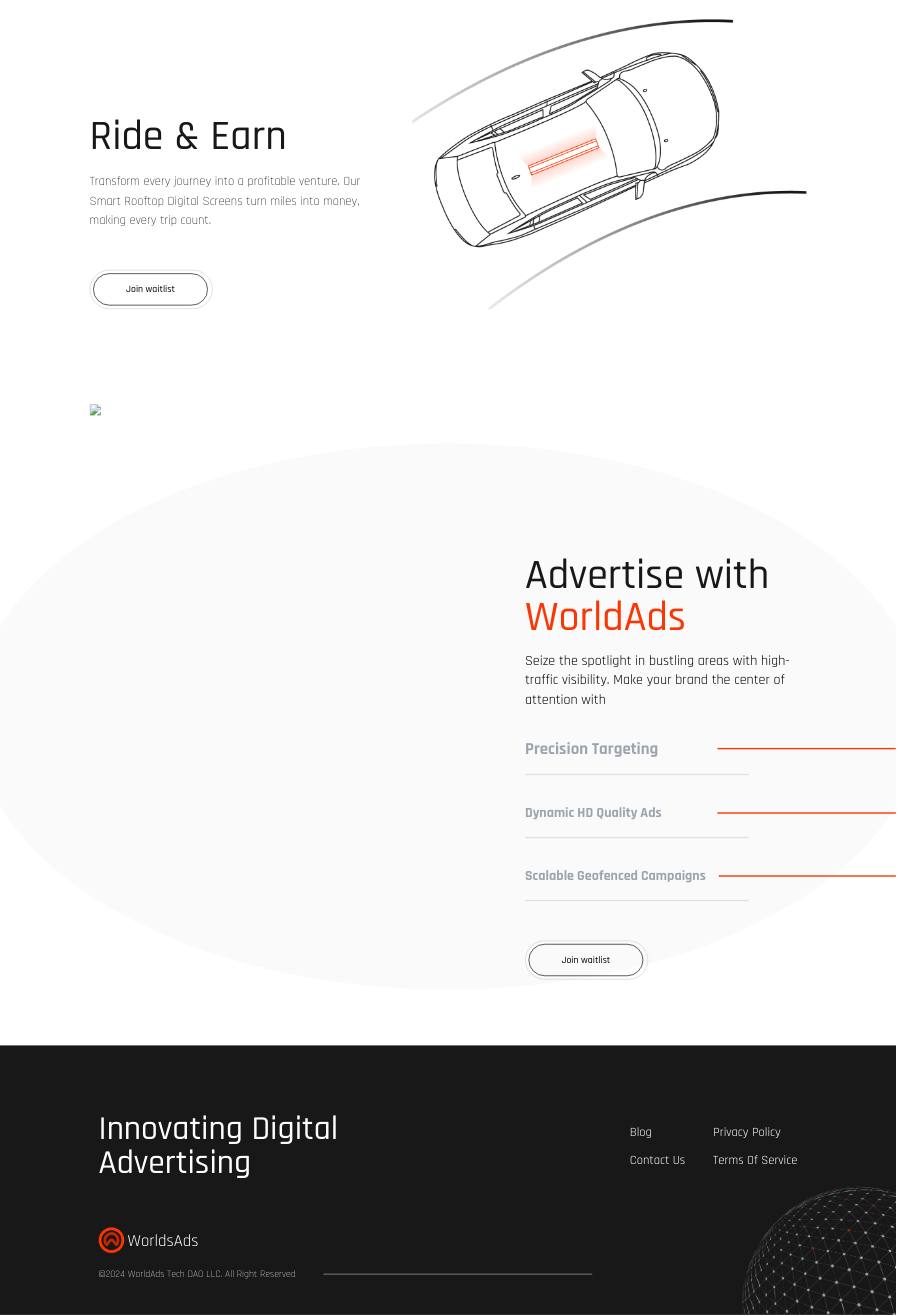
Repository: Abdul-Hannan232/worldAds
Page: /
These files come from the project's save history. The page is drawn as it stood at one moment and after a run of saves; the edit follows.
The browser window is 1280 px wide. The page is 1283 px wide, so the pictures cover 1283 px, including what lies to the right of the window. The pictures show the part of the page from y = 2099 to 3979 px (the page is 3979 px tall), at 70% of full size.
An inner scrolling area shows only its first screen. The project was rebuilt for these pictures with package versions that can differ from the ones it lists, and the page was loaded fresh each time. The framework's server and built-in components were replaced by stand-ins that run in the browser. Also part of the build but not shown: next.config.mjs, app/component/NavContent.jsx.

Above is the page before, as saved 2024-05-10 10:19:27.

### app/page.tsx
import Image from "next/image";
import Header from "./component/Header"
import Main from "./component/Main";
import NavContent from "./component/NavContent";
import Advertise from "./component/advertise"
import Footer from "./component/footer"
import NodeOperator  from "./component/nodeOperator"
import RideEarn from "./component/rideEarn"
export default function Home() {
  return (
    <>
      <div>
        <Header />
        <Main />

        <NodeOperator/>
     <RideEarn/>
      <Advertise/>
      <Footer/>
      </div>
    </>
  );
}

### app/globals.css
@import url('https://fonts.googleapis.com/css2?family=Exo+2:ital,wght@0,100..900;1,100..900&family=Rajdhani:wght@300;400;500;600;700&display=swap');

@tailwind base;
@tailwind components;
@tailwind utilities;
html{
  scroll-behavior: smooth;
}
.dropdown-content {
  max-height: 0;
  overflow: hidden;
  transition: max-height 0.3s ease-in-out;
}

.dropdown-content.show {
  max-height: 100px; /* Set the max-height to whatever you prefer */
}

*{
  font-family: "Rajdhani", sans-serif;
  font-weight: 400;
  font-style: normal;
}
.background{
  background-image: url("/background.png");
  background-position: center;
  background-repeat: no-repeat;
  background-size: cover;

}
:root {
  --foreground-rgb: 0, 0, 0;
  --background-start-rgb: 214, 219, 220;
  --background-end-rgb: 255, 255, 255;
}

@media (prefers-color-scheme: dark) {
  :root {
    --foreground-rgb: 255, 255, 255;
    --background-start-rgb: 0, 0, 0;
    --background-end-rgb: 0, 0, 0;
  }
}

/* body {
  color: rgb(var(--foreground-rgb));
  background: linear-gradient(
      to bottom,
      transparent,
      rgb(var(--background-end-rgb))
    )
    rgb(var(--background-start-rgb));
} */

@layer utilities {
  .text-balance {
    text-wrap: balance;
  }
}

@font-face {
  font-family: 'font1';
  src: url('/assets/fonts/conthrax-sb.otf');
}

.font1{
  font-family: "font1" !important;
}

*{
  box-sizing: border-box !important
}

.gradient-color{
  background: radial-gradient(50% 50% at 50% 50%, #FC3603 11%, #BF2506 100%) !important;

}

### app/component/Main.jsx
import React from 'react'

const Main = () => {
    return (
        <>
            <div className='gradient-color h-[700px] w-full rounded-b-[60px] lg:pt-40 pt-24 px-5  sm:px-16 pb-14 relative  '>
                <div className="lg:w-[90%] w-[95%] mx-auto">


                    <div className="lg:flex lg:items-center justify-between ">

                        <div className="my-4">
                            <h1 className="lg:text-5xl text-2xl  lg:w-[650px] lg:text-start text-center text-white font1 ">Empowering Connections Through Digital Out-of-Home Advertising</h1>



                        </div>

                        <div className='my-4'>

                            <p className='text-white text-left font-light lg:text-sm text-xs lg:text-start text-center lg:w-[300px]'>At Worldads, weare revolutionizing location-based advertising by harnessing the power of smart rooftop digital screens. Our innovative platform delivers programmatic advertisements that are not only precise but also captivating, tailored to the vehicles exact location and time.</p>
                        </div>
                    </div>

                    <div class="relative lg:w-[550px]  rounded-[100px] mt-10">

                        <input type="text" id="default-search" className="block w-full lg:p-5 p-3  -10 lg:text-sm text-xs text-gray-900 bg-[#FFFFFF1A] border border-white focus:ring-white focus:border-white rounded-[100px] placeholder:text-[#FFFFFF80] " placeholder="Enter your email address" required />
                        <button type="submit" className=" absolute end-1 top-1 font-bold bg-white hover:bg-white-800 focus:ring-4 font-bold focus:outline-none focus:ring-none font-medium rounded-[100px] lg:text-sm text-xs lg:px-8 px-5 lg:py-4 py-2">Join waitlist</button>
                    </div>

                 <div className='relative'>

                    <div className="flex items-center gap-3 lg:mt-40 mt-5 lg:justify-start justify-center ">
                            <img src="./assets/images/discord.png" />
                            <div>
                                <p className="text-white text-sm">Stay updated.</p>
                                <p className="text-white font-bold text-sm">Join our discord community</p>
                            </div>
                        </div>
                        <img src="./assets/images/Vector(Black).png" className="text-white absolute  lg:-top-52 right-0 top-14" />

                    </div>
                </div>
            </div>
        </>
    )
}

export default Main

### app/component/advertise.jsx
"use client"
import Image from "next/image";
import { useState } from "react";
export default function Advertise() {
  const [precision, setPrecision] = useState(false)
  const precisionOpen = () => {
    setPrecision(!precision)
    setDynamic(false)
    setScalable(false)
  }
  const [dynamic, setDynamic] = useState(false)
  const dynamicDrop = () => {
    setDynamic(!dynamic)
    setScalable(false)
    setPrecision(false)
  }
  const [scalable ,setScalable] = useState(false)
  const ScalableDrop=()=>{
    setScalable(!scalable)
    setDynamic(false)
    setPrecision(false)
  }
  return (
    <div className="">
      <div id="advertise" className="xl:pl-32 2xl:pl-40   lg:flex lg:mt-48 mt-32 w-full background gap-24">
        <div className="-mt-14">
          <Image src="" alt="image" width={226} height={426} className="lg:w-[526px] lg:h-[726px] 2xl:w-[650px] 2xl:h-[926px]  lg:mx-0 mx-auto" />
        </div>
        <div className="lg:w-[60%] w-[90%]  lg:mx-0 mx-auto lg:mt-40 mt-10">
          <h1 className="xl:text-6xl text-5xl 2xl:text-8xl lg:text-start text-center font-medium text-[#181818]">Advertise with</h1>
          <h1 className="xl:text-6xl text-5xl 2xl:text-8xl lg:text-start text-center font-medium text-[#FC3603]">WorldAds</h1>
          <p className="xl:text-xl lg:text-lg text-sm 2xl:text-2xl lg:w-[400px] 2xl:w-[600px] mt-4 lg:text-start text-center text-[#030303]">Seize the spotlight in bustling areas with high-traffic visibility. Make your brand the center of attention with</p>
          <div className="h-[400px] overflow-scroll">
            <div className="flex items-center lg:justify-start justify-center w-full gap-5  mt-10">
              <h1 onClick={precisionOpen} className={`${precision ? "xl:text-3xl text-[#030303]" : "xl:text-2xl text-gray-400 "} cursor-pointer lg:text-2xl lg:text-start text-center  text-2xl 2xl:text-6xl xl:w-[80%] lg:w-[80%]  2xl:w-[90%] font-bold `}>Precision Targeting</h1>
              <hr className="border w-[80%] lg:block hidden  border-[#FC3603]" />
            </div>
            {precision && (
              <p
               className="lg:text-xl text-sm 2xl:text-2xl lg:w-80 lg:text-start w-40 lg:mx-0 mx-auto text-center mt-5"> Reach your ideal audience at the right time and place.</p>

            )}
            <hr className="border lg:border-[#7E7E7E33]  border-[#FC3603] lg:w-80 w-60 lg:mx-0 mx-auto my-5" />
            <div className="flex items-center lg:justify-start justify-center gap-5 w-full mt-10">
              <h1 onClick={dynamicDrop}  className={`${dynamic ? "xl:text-2xl text-[#030303]" : "xl:text-xl text-gray-400 "} lg:text-2xl cursor-pointer  text-2xl  2xl:text-6xl font-bold lg:text-start text-center  xl:w-[50%] lg:w-[45%] 2xl:w-[60%] `}>Dynamic HD Quality Ads</h1>
              <hr className="border   w-[50%] lg:block hidden 2xl:w-[400px] border-[#FC3603]" />
            </div>
          {dynamic && (
           <p className="lg:text-xl text-sm 2xl:text-2xl lg:w-80 w-52 lg:mx-0 mx-auto  lg:text-start text-center mt-5">Captivate viewers with stunning, crystal-clear advertisements.</p>

          )}
            <hr className="border lg:border-[#7E7E7E33]  border-[#FC3603] lg:w-80 w-60 lg:mx-0 mx-auto my-5" />
            <div className="flex items-center lg:justify-start justify-center w-full mt-10">
              <h1 onClick={ScalableDrop} className={`${scalable ? "xl:text-3xl text-[#030303]" : "xl:text-2xl text-gray-400 "} cursor-pointer  xl:text-xl lg:text-3xl  text-2xl  2xl:text-6xl font-bold lg:text-start text-center  xl:w-[80%] lg:w-[60%] 2xl:w-full text-[#030303]`}>Scalable Geofenced Campaigns</h1>
              <hr className="border   w-[73%] lg:block hidden border-[#FC3603]" />
            </div>
          {scalable && (
          <p className="lg:text-xl text-sm 2xl:text-2xl  lg:text-start text-center  w-40 lg:mx-0 mx-auto   lg:w-96 mt-5">  Customize and scale your campaigns with precision.</p>

          )}
            <hr className="border lg:border-[#7E7E7E33]  border-[#FC3603] lg:w-80 w-60 lg:mx-0 mx-auto my-5" />
            <div className="border border-gray-300 xl:mt-14 mt-10 rounded-full lg:mx-0 mx-auto  xl:w-44 w-36 ">
              <button className="text-center text-sm border xl:p-3 md:p-3 p-2 rounded-full  xl:w-[164px] w-[133px] font-medium m-1 border-[#181818]">Join waitlist</button>
            </div>
          </div>
        </div>

      </div>
    </div>
  )
}

### app/component/footer.jsx
import Image from "next/image"
export default function Footer() {
    return (
        <div className="bg-[#181818] ] w-full mt-20 lg:py-12 pt-12 lg:p-4">
            <div className="lg:w-[80%] w-[90%] lg:flex items-center justify-between mx-auto py-12" >
                <div>
                    <h1 className="lg:text-5xl text-3xl  lg:w-[500px] w-[250px] lg:mx-0 mx-auto font-medium lg:text-start text-center text-white">Innovating Digital Advertising</h1>
                </div>
                <div className="lg:flex text-white lg:mt-0 mt-10 items-center gap-10">
                    <div>
                        <ul className="text-lg lg:text-start text-center space-y-3">
                            <li>Blog</li>
                            <li>Contact Us</li>
                        </ul>
                    </div>
                    <div>
                        <ul className="text-lg lg:mt-0 mt-3 lg:text-start text-center space-y-3">
                            <li>Privacy Policy</li>
                            <li>Terms Of Service</li>
                        </ul>
                    </div>
                </div>
            </div>
            <div className="text-white relative mx-auto mt-5 lg:w-[80%]">
                <div className="flex items-center gap-1 w-40 lg:w-[80%] lg:mx-0 mx-auto">
                    <Image src="/Group.png" alt="logo" width={37.49} height={37.49}  className="lo "/>
                    <h1 className="text-2xl font-meidum">WorldsAds</h1>
                </div>
                <div className="flex items-center lg:justify-start w-[90%] lg:mx-0 mx-auto lg:w-[80%] justify-center mt-5 gap-10">
                    <p className="lg:text-sm text-[12px] lg:text-start text-center  font-light ">©2024 WorldAds Tech DAO LLC. All Right Reserved </p>
                    <hr className="border lg:block hidden border-[#707070] w-96" />
                </div>
                <Image src="/FooterImage.png" alt="vector" width={231.11} height={231.11} className="absolute lg:-top-16 lg:block hidden z-20 lg:-right-36 "/>
                <Image src="/FooterImage (1).png" alt="vector" width={551.11} height={451.11} className=" lg:hidden block mt-10 "/>

            </div>
        </div>
    )
}

### app/component/nodeOperator.jsx
import React from 'react'
import Image from 'next/image'
const nodeOperator = () => {
    return (
        <>
            <div id="nodeOperator" className="lg:flex w-[80%] mt-80 h-screen mx-auto items-end justify-between">
                <div >
                    <Image src="/Group 1.png" alt="Image" width={203} height={207} className="lg:w-[493px] lg:h-[497px] lg:mx-0 mx-auto " />
                </div>
                <div  className="xl:w-[500px]  md:w-[400px] lg:mt-0 mt-10 lg:mx-0 mx-auto">
                    <h1 className="xl:text-6xl md:text-5xl text-3xl font-medium lg:text-start text-center text-[#181818]">Node operators</h1>
                    <p className="xl:text-xl lg:text-sm text-md font-light lg:w-auto md:w-80  lg:text-sm md:text-md text-xs  lg:mx-0 mx-auto text-[#030303] lg:text-start text-center mt-5">Become a cornerstone of digital advertising. Own a smart digital screen and start earning as advertisers choose your prime ad slots.</p>
                    <div className="border border-gray-300 xl:mt-14 mt-10 rounded-full lg:mx-0 mx-auto  xl:w-44 w-36 ">
                        <button className="text-center text-sm border xl:p-3 md:p-3 p-2 rounded-full  xl:w-[164px] w-[133px] font-medium m-1 border-[#181818]">Join waitlist</button>
                    </div>
                </div>
            </div>


            </>
  )
}

export default nodeOperator

### app/component/rideEarn.jsx
import React from 'react'
import Image from "next/image";

const rideEarn = () => {
  return (
    <div>
         <div id="ride"className="flex lg:flex-row flex-col-reverse h-screen w-[80%] mt-20 mx-auto items-end justify-between">
          <div className="xl:w-[410px] md:w-[400px] lg:mt-0 mt-10 lg:mx-0 mx-auto">
            <h1 className="xl:text-6xl md:text-5xl text-3xl font-medium lg:text-start text-center text-[#181818]">Ride & Earn</h1>
            <p className="xl:text-lg lg:w-auto md:w-80  lg:text-sm md:text-md text-xs font-light lg:w-auto  lg:mx-0 mx-auto text-[#030303] lg:text-start text-center mt-5">Transform every journey into a profitable venture. Our Smart Rooftop Digital Screens turn miles into money, making every trip count.</p>
            <div className="border border-gray-300 xl:mt-14 mt-10 rounded-full lg:mx-0 mx-auto  xl:w-44 w-36 ">
              <button className="text-center text-sm border xl:p-3 md:p-3 p-2 rounded-full  xl:w-[164px] w-[133px] font-medium m-1 border-[#181818]">Join waitlist</button>
            </div>
          </div>
          <div >
            <Image src="/GroupCroped.png" alt="Image" width={453} height={357} className="lg:w-[563.48px] lg:h-[450.27px] lg:mx-0 mx-auto " />
          </div>
        </div>
    </div>
  )
}

export default rideEarn

Loaded but not shown: app/layout.tsx (common file); tailwind.config.ts (common file); app/component/Header.jsx (77 lines, source omitted)

After the next 2 saves:
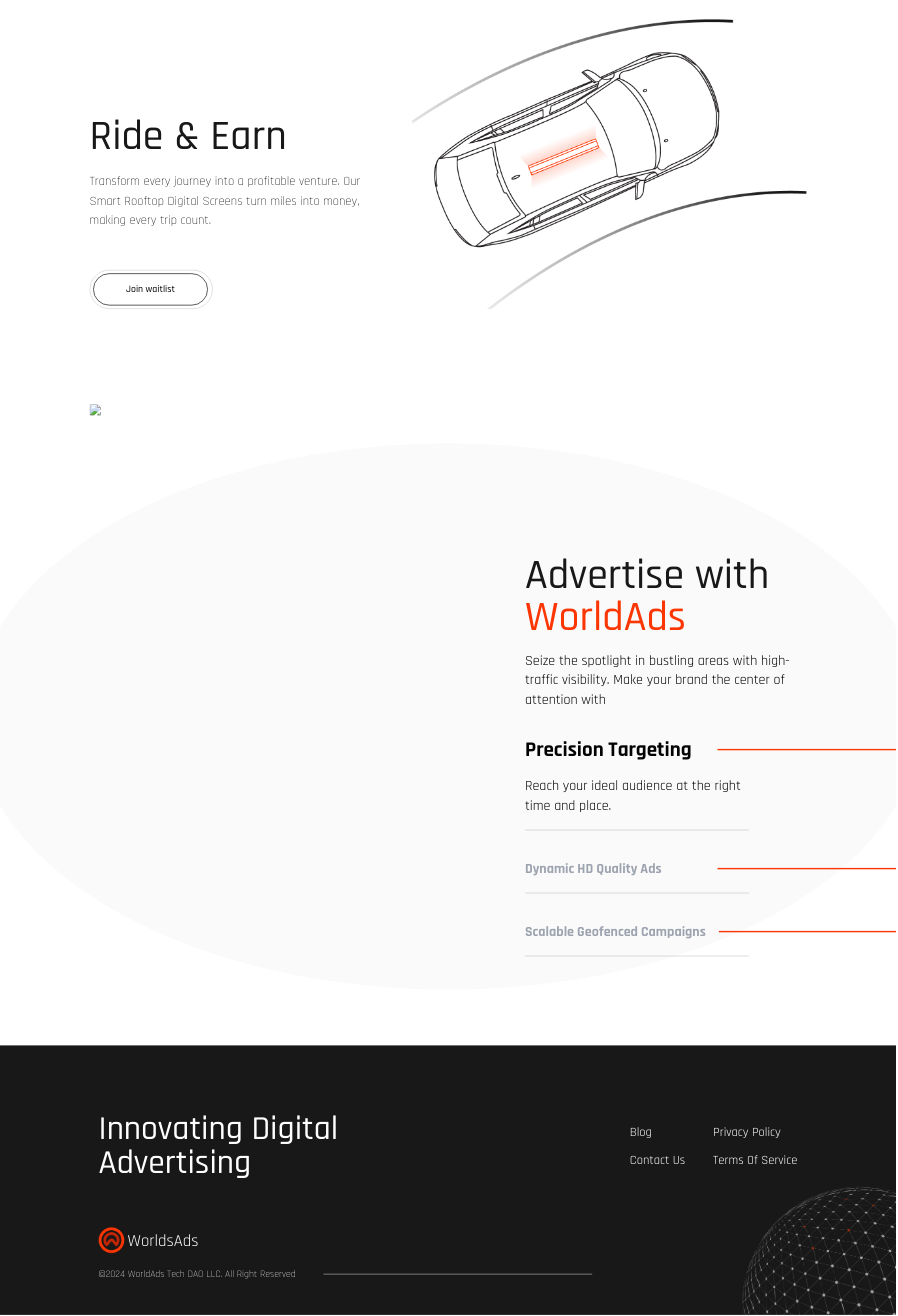
The 2 saves are shown as one change because 1 did not build or start.
The last was saved 58 s later.
--- a/app/component/advertise.jsx
+++ b/app/component/advertise.jsx
@@ -31,15 +31,26 @@
           <h1 className="xl:text-6xl text-5xl 2xl:text-8xl lg:text-start text-center font-medium text-[#FC3603]">WorldAds</h1>
           <p className="xl:text-xl lg:text-lg text-sm 2xl:text-2xl lg:w-[400px] 2xl:w-[600px] mt-4 lg:text-start text-center text-[#030303]">Seize the spotlight in bustling areas with high-traffic visibility. Make your brand the center of attention with</p>
           <div className="h-[400px] overflow-scroll">
-            <div className="flex items-center lg:justify-start justify-center w-full gap-5  mt-10">
-              <h1 onClick={precisionOpen} className={`${precision ? "xl:text-3xl text-[#030303]" : "xl:text-2xl text-gray-400 "} cursor-pointer lg:text-2xl lg:text-start text-center  text-2xl 2xl:text-6xl xl:w-[80%] lg:w-[80%]  2xl:w-[90%] font-bold `}>Precision Targeting</h1>
-              <hr className="border w-[80%] lg:block hidden  border-[#FC3603]" />
-            </div>
-            {precision && (
-              <p
-               className="lg:text-xl text-sm 2xl:text-2xl lg:w-80 lg:text-start w-40 lg:mx-0 mx-auto text-center mt-5"> Reach your ideal audience at the right time and place.</p>
-
-            )}
+          <div className="flex items-center lg:justify-start justify-center w-full gap-5 mt-10">
+      <h1
+        onClick={precisionOpen}
+        className={`${
+          precisionOpen ? "xl:text-3xl text-[#030303]" : "xl:text-2xl text-gray-400"
+        } cursor-pointer lg:text-2xl lg:text-start text-center text-2xl 2xl:text-6xl xl:w-[80%] lg:w-[80%] 2xl:w-[90%] font-bold`}
+      >
+        Precision Targeting
+      </h1>
+      <hr className="border w-[80%] lg:block hidden  border-[#FC3603]" />
+    </div>
+    <div className={`transition-all duration-500 ${precisionOpen ? 'max-h-96' : 'max-h-0 overflow-hidden'}`}>
+      {precisionOpen && (
+        <p
+          className="lg:text-xl text-sm 2xl:text-2xl lg:w-80 lg:text-start w-40 lg:mx-0 mx-auto text-center mt-5"
+        >
+          Reach your ideal audience at the right time and place.
+        </p>
+      )}
+    </div>
             <hr className="border lg:border-[#7E7E7E33]  border-[#FC3603] lg:w-80 w-60 lg:mx-0 mx-auto my-5" />
             <div className="flex items-center lg:justify-start justify-center gap-5 w-full mt-10">
               <h1 onClick={dynamicDrop}  className={`${dynamic ? "xl:text-2xl text-[#030303]" : "xl:text-xl text-gray-400 "} lg:text-2xl cursor-pointer  text-2xl  2xl:text-6xl font-bold lg:text-start text-center  xl:w-[50%] lg:w-[45%] 2xl:w-[60%] `}>Dynamic HD Quality Ads</h1>

After the 3 saves that followed:
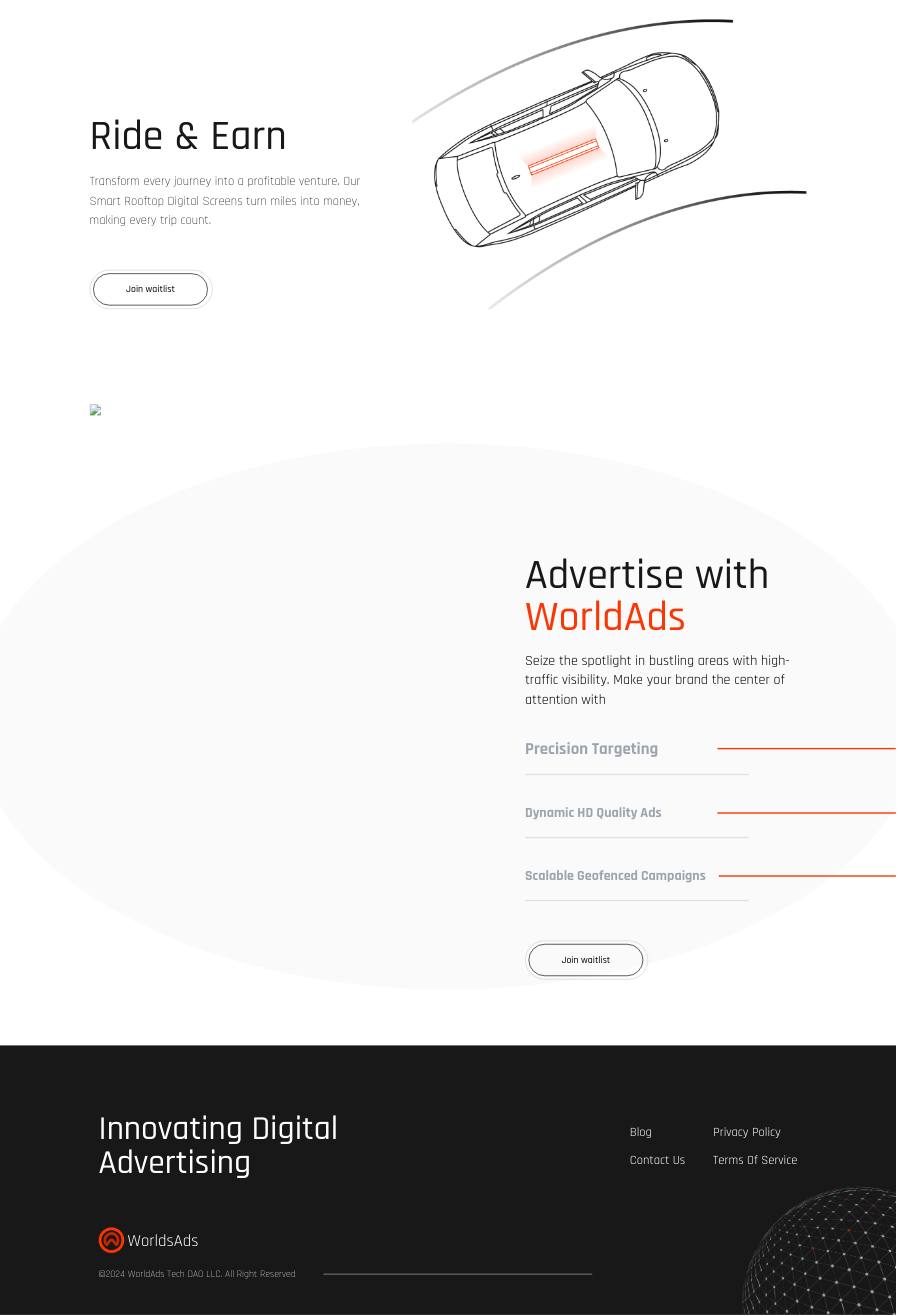
The 3 saves are shown as one change because they came seconds apart.
The last was saved 12 s later.
--- a/app/component/advertise.jsx
+++ b/app/component/advertise.jsx
@@ -35,15 +35,15 @@
       <h1
         onClick={precisionOpen}
         className={`${
-          precisionOpen ? "xl:text-3xl text-[#030303]" : "xl:text-2xl text-gray-400"
+          precision ? "xl:text-3xl text-[#030303]" : "xl:text-2xl text-gray-400"
         } cursor-pointer lg:text-2xl lg:text-start text-center text-2xl 2xl:text-6xl xl:w-[80%] lg:w-[80%] 2xl:w-[90%] font-bold`}
       >
         Precision Targeting
       </h1>
       <hr className="border w-[80%] lg:block hidden  border-[#FC3603]" />
     </div>
-    <div className={`transition-all duration-500 ${precisionOpen ? 'max-h-96' : 'max-h-0 overflow-hidden'}`}>
-      {precisionOpen && (
+    <div className={`transition-all duration-500 ${precision ? 'max-h-96' : 'max-h-0 overflow-hidden'}`}>
+      {precision && (
         <p
           className="lg:text-xl text-sm 2xl:text-2xl lg:w-80 lg:text-start w-40 lg:mx-0 mx-auto text-center mt-5"
         >
